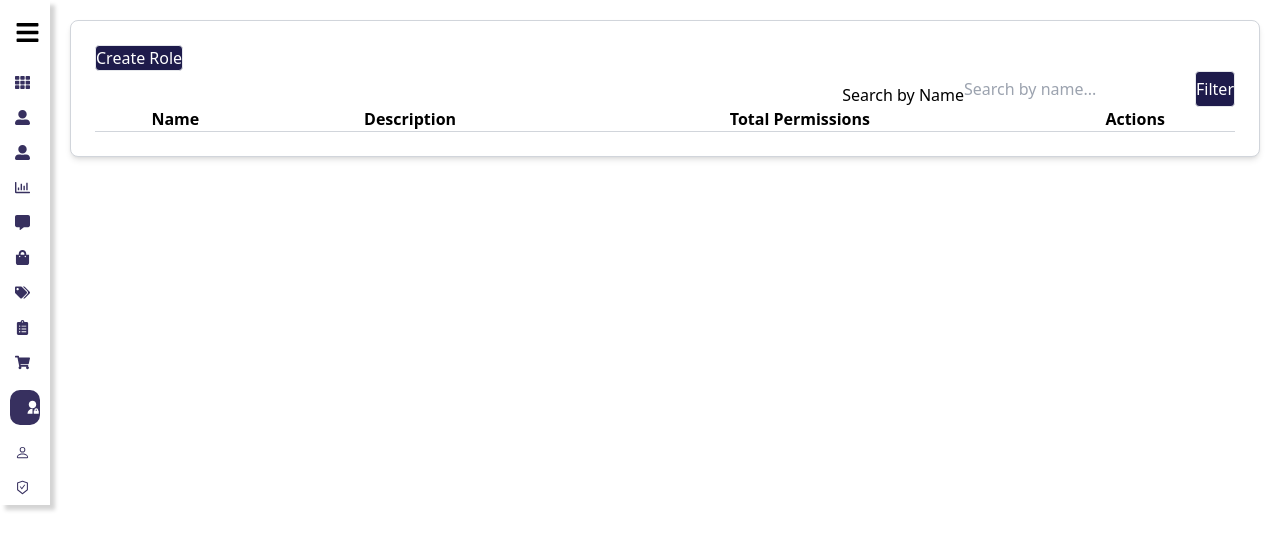
Repository: Andarg01/Admin
Page: /roles
These files come from the project's save history. The page is drawn as it stood at one moment and after the next save; the edit follows.
The browser window is 1280 px wide. The pictures show the whole page.
The page's requests for data from a server got no answer. The project was rebuilt for these pictures with package versions that can differ from the ones it lists, and the page was loaded fresh each time. No one was signed in, and anything a server would have sent is missing. Also part of the build but not shown: src/styles/analytics.css, src/pages/Analytics.tsx, src/pages/Dashboard.tsx, src/styles/productList.css, src/components/OrderModal.tsx, src/components/OrderTable.tsx, src/pages/Orders.tsx, src/components/CategoryModal.tsx and 16 more.

Above is the page before, as saved 2024-02-29 21:31:27.

### src/index.tsx



import * as React from "react"
import * as ReactDOM from "react-dom/client"
import App from "./App"
import './index.css'

import { Provider } from 'react-redux';
import store from './redux/store';
const container = document.getElementById("root")
if (!container) throw new Error('Failed to find the root element');
const root = ReactDOM.createRoot(container)

root.render(

  <React.StrictMode>
    <Provider store={store}>
         <App />
         </Provider>
  </React.StrictMode>,

)

### src/App.tsx

import React, {useState} from 'react';
import { BrowserRouter, Route, Routes } from 'react-router-dom';
import Sidebar from './components/Sidebar';
import Dashboard from './pages/Dashboard';
import Orders from './pages/Orders';
import Category from './pages/CategoryPage';
import Login from './pages/Login'
import Analytics from './pages/Analytics';
import CustemerReview from './pages/CustemerReview';
import ProductList from './pages/ProductList';

import './App.css'
import SignUpForm from './pages/SignUpForm';
import ForgotPassword from './pages/ForgetPassword';
// import ContactPage from './pages/Contact';
// import RolesPage from './pages/Rolles';
// import PermissionPage from './pages/Permisstion';
import PermissionTable from './components/PermissionTable';
import RoleTable from './components/RoleTable';
import UserPage from './pages/UserPage';
import ShopPage from './pages/ShopPage';



type SaleData = {
  date: string;
  amount: number;
};

type RevenueData = {
  month: string;
  revenue: number;
};



const App: React.FC = () => {

  const saleData: SaleData[] = [
    { date: '2022-01-01', amount: 100 },
    { date: '2022-01-02', amount: 150 },
    { date: '2022-01-03', amount: 200 },
    { date: '2022-01-04', amount: 120 },
    { date: '2022-01-05', amount: 180 },
    { date: '2022-01-06', amount: 90 },
    { date: '2022-01-07', amount: 110 },
    { date: '2022-01-08', amount: 130 },
    { date: '2022-01-09', amount: 170 },
    { date: '2022-01-10', amount: 160 },
  ];

  const revenueData: RevenueData[] = [
    { month: 'January', revenue: 500 },
    { month: 'February', revenue: 700 },
    { month: 'March', revenue: 600 },
    { month: 'April', revenue: 800 },
    { month: 'May', revenue: 900 },
    { month: 'June', revenue: 750 },
    { month: 'July', revenue: 850 },
    { month: 'August', revenue: 950 },
    { month: 'September', revenue: 700 },
    { month: 'October', revenue: 850 },
  ];


  return (
    <div >
    <BrowserRouter>
    <Sidebar>
      <Routes>
        <Route path="/" element={<Dashboard saleData={saleData} revenueData={revenueData}  />} />
        <Route path="/dashboard" element={<Dashboard saleData={saleData} revenueData={revenueData}  />} />
       <Route path="/login" element={<Login/>}/>
       <Route path='/forget-password' element={<ForgotPassword/>}/>
        <Route path="/signup" element={<SignUpForm />} />
        <Route path="/review"element={<CustemerReview  />}/>
        <Route path="/analytics" element={<Analytics  />} />
        <Route path="/product" element={<ProductList />}/>
        <Route path="/shop" element={<ShopPage />} />
        <Route path="/orders" element={<Orders/> }/>

        <Route path="/category" element={<Category />} />
        {/* <Route path='/contact' element={<ContactPage/>}/> */}
        {/* <Route path='/roles' element={<RolesPage/>}/> */}
        {/* <Route path='/permission' element={<PermissionPage/>}/> */}
        <Route path='/roles' element={<RoleTable/>}/>
        <Route path='/permission' element={<PermissionTable/>}/>
        <Route path='/user' element={<UserPage/>}/>

      </Routes>
    </Sidebar>
  </BrowserRouter>
  </div>
  );
};

export default App;

### src/redux/store.ts
// redux/store.ts

import { configureStore, combineReducers } from '@reduxjs/toolkit';
import permissionsReducer from './reducers/permissionsReducers';
import rolesReducer from './reducers/rolesReducers';
import shopReducer from './reducers/shopReducer';

const rootReducer = combineReducers({
  permissions: permissionsReducer,
  roles: rolesReducer,
  shope:shopReducer,
});

const store = configureStore({
  reducer: rootReducer,
});

export type RootState = ReturnType<typeof rootReducer>;

export default store;

### src/components/Sidebar.tsx
import React, { useState } from 'react';
import ReactNode from "react";
import {
    FaTh,
    FaBars,
    FaUserAlt,
    FaRegChartBar,
    FaCommentAlt,
    FaShoppingBag,
    FaTags,
    FaClipboardList,
    FaShoppingCart,
} from 'react-icons/fa';
import { RiAdminFill } from 'react-icons/ri';
import { AiOutlineSafetyCertificate } from 'react-icons/ai';
import { BsPerson } from 'react-icons/bs';
import { IoIosContacts } from 'react-icons/io';
import { NavLink, NavLinkProps } from 'react-router-dom';



interface MenuItem {
    path: string;
    name: string;
    icon: JSX.Element;
}

// interface SidebarProps {
//   children: React.ReactNode;
// }
    const Sidebar: React.FC<React.PropsWithChildren<{}>> = ({ children }) => {
    const [isOpen, setIsOpen] = useState(false);

    const toggle = () => setIsOpen(!isOpen);

    const menuItems: MenuItem[] = [
        {
            path: '/',
            name: 'Dashboard',
            icon: <FaTh />,
        },
        {
            path: '/login',
            name: 'Login',
            icon: <FaUserAlt />,
        },
        {
          path: '/signup',
          name: 'Register form',
          icon: <FaUserAlt />,
      },
        {
            path: '/analytics',
            name: 'Analytics',
            icon: <FaRegChartBar />,
        },
        {
            path: '/review',
            name: 'CustemerReview',
            icon: <FaCommentAlt />,
        },
        {
            path: '/product',
            name: 'Product',
            icon: <FaShoppingBag />,
        },
        {
            path: '/category',
            name: 'Category List',
            icon: <FaTags />,
        },
        {
          path: '/orders',
          name: 'Orders',
          icon: <FaClipboardList />,
      },
      {
        path: '/shop',
        name: 'Sample product',
        icon: <FaShoppingCart />,
    },
    // {
    //     path: '/contact',
    //     name: 'Contact page',
    //     icon: <IoIosContacts />,
    // },
    {
        path: '/roles',
        name: 'Roles of user',
        icon: <RiAdminFill />,
    },
    {
        path: '/user',
        name: 'user page',
        icon: <BsPerson />,
    },
    {
        path: '/permission',
        name: 'permission information',
        icon: <AiOutlineSafetyCertificate />,
    },
    ];

    return (
        <div className="container">
            <div style={{ width: isOpen ? '200px' : '50px' }} className="sidebar">
                <div className="top_section">
                    <h1 style={{ display: isOpen ? 'block' : 'none' }} className="logo">
                        Logo
                    </h1>
                    <div style={{ marginLeft: isOpen ? '50px' : '0px' }} className="bars">
                        <FaBars onClick={toggle} />
                    </div>
                </div>
                {menuItems.map((item, index) => (
                    <NavLink to={item.path} key={index} className="link"
                    //  activeClassName="active"
                     >
                        <div className="icon">{item.icon}</div>
                        <div style={{ display: isOpen ? 'block' : 'none' }} className="link_text text-sm">
                            {item.name}
                        </div>
                    </NavLink>
                ))}
            </div>
            <main>{children}</main>
        </div>
    );
};

export default Sidebar;

### src/App.css
* {
    margin: 0;
    padding: 0;
    text-decoration: none;
    /* background: #fff; */
    /* color: #fff; */
    /* background: #0e1630 */
    /* background-color: #0e1630; */
}

.container {
    display: flex;
}

main {
    width: 100%;
    padding: 20px;
}

.sidebar {
    background: #fff;
    /* background: #0e1630; */
    box-shadow: 5px 5px 4px rgb(212, 212, 212);
    color: #000;
    height: auto;
    width: 200px;
    transition: all 0.5s;
}

.top_section {
    display: flex;
    align-items: center;
    padding: 20px 15px;
}

.logo {
    font-size: 30px;
}

.bars {
    display: flex;
    font-size: 25px;
    margin-left: 50px;
}

.link {
    display: flex;
    color: #37305F;
    padding: 10px 15px;
    gap: 15px;
    transition: all 0.5s;
}

.link:hover {
    background: #37305F;
    color: #fff;
    transition: all 0.5s;
    margin: 10px;
    border-radius: 10px;
}

.active {
    background: #37305F;
    color: #fff;
    margin: 10px;
    border-radius: 10px;
}

.icon,
.link_text {
    font-size: 15px;
}

### src/components/RoleTable.tsx
import React, { useState, useEffect } from 'react';
import { useDispatch, useSelector } from 'react-redux';
import { RootState } from '../redux/store';
import {
  fetchRoles,
  createRole,
  updateRole,
  deleteRole,
} from '../redux/actions/rolesActions';
import RoleModal from './RoleModal';

const RoleTable: React.FC = () => {
  const dispatch = useDispatch();
  const roles = useSelector((state: RootState) => state.roles.roles);

  const [showModal, setShowModal] = useState(false);
  const [selectedRole, setSelectedRole] = useState(null);
  const [filter, setFilter] = useState('');
  const [filteredRoles, setFilteredRoles] = useState([]);

  useEffect(() => {
    dispatch(fetchRoles());
  }, [dispatch]);

  useEffect(() => {
    setFilteredRoles(roles.filter(role =>
      role.name.toLowerCase().includes(filter.toLowerCase())
    ));
  }, [roles, filter]);

  const handleCreate = () => {
    setSelectedRole(null);
    setShowModal(true);
  };

  const handleEdit = (role: any) => {
    setSelectedRole(role);
    setShowModal(true);
  };

  const handleDelete = (roleId: string) => {
    if (window.confirm('Are you sure you want to delete this role?')) {
      dispatch(deleteRole(roleId));
    }
  };

  const handleFilter = () => {
    setFilteredRoles(roles.filter(role =>
      role.name.toLowerCase().includes(filter.toLowerCase())
    ));
  };

  return (
    <div className="overflow-x-auto bg-white border border-gray-300 p-6 rounded-lg shadow-md transition duration-500 ease-in-out">
      <button onClick={handleCreate} className='bg-indigo-950 border rounded hover:m-2 text-white'>Create Role</button>
     <div className=" flex justify-end">
     <p className="mt-3"> Search by Name</p>
      <input
        type="text"
        placeholder="Search by name..."
        value={filter}
        onChange={(e) => setFilter(e.target.value)}
      />
      <button onClick={handleFilter} className="bg-indigo-950 border rounded hover:m-2 text-white">Filter</button>
      </div>
      <table className="min-w-full border-b border-gray-300">
        <thead>
          <tr>
            <th>Name</th>
            <th>Description</th>
            <th>Total Permissions</th>
            <th>Actions</th>
          </tr>
        </thead>
        <tbody>
          {filteredRoles.map((role) => (
            <tr key={role.id}>
              <td className="py-2 px-4 border-r">{role.name}</td>
              <td className="py-2 px-4 border-r">{role.description}</td>
              <td className="py-2 px-4 border-r">{role.permissions.length}</td>
              <td className="py-2 px-4">
                <button onClick={() => handleEdit(role)}
                className="edit hover:underline mr-2 hover:text-gray-700"
                >Edit</button>
                <button onClick={() => handleDelete(role.id)}
                className="delete hover:underline hover:text-red-700"
                >Delete</button>
              </td>
            </tr>
          ))}
        </tbody>
      </table>
      {showModal && <RoleModal onClose={() => setShowModal(false)} role={selectedRole} />}
    </div>
  );
};

export default RoleTable;

### src/redux/reducers/permissionsReducers.ts
import { createSlice } from '@reduxjs/toolkit';
import { fetchPermissions, createPermission, updatePermission, deletePermission } from '../actions/permissionsActions'


interface Permission {
  id: string;
  name: string;
  description: string;
}

interface PermissionsState {
  permissions: Permission[];
}

const initialState: PermissionsState = {
  permissions: [],
};

const permissionsSlice = createSlice({
  name: 'permissions',
  initialState,
  reducers: {}, // You can add reducers if needed
  extraReducers: (builder) => {
    builder.addCase(fetchPermissions.fulfilled, (state, action) => {
      state.permissions = action.payload;
    });
    builder.addCase(createPermission.fulfilled, (state, action) => {
      state.permissions.push(action.payload);
    });
    builder.addCase(updatePermission.fulfilled, (state, action) => {
      const updatedPermission = action.payload;
      const index = state.permissions.findIndex((p) => p.id === updatedPermission.id);
      if (index !== -1) {
        state.permissions[index] = updatedPermission;
      }
    });
    builder.addCase(deletePermission.fulfilled, (state, action) => {
      const deletedPermissionId = action.payload;
      state.permissions = state.permissions.filter((p) => p.id !== deletedPermissionId);
    });
  },
});

export default permissionsSlice.reducer;

### src/redux/reducers/rolesReducers.ts
import { createSlice } from '@reduxjs/toolkit';
import { fetchRoles, createRole, updateRole, deleteRole } from "../actions/rolesActions"


export interface Role {
  id: string;
  name: string;
  description: string;
  permissions: string[]; // Assuming permission IDs are stored in an array
  default: boolean;
}

interface RolesState {
  roles: Role[];
}

const initialState: RolesState = {
  roles: [],
};

const rolesSlice = createSlice({
  name: 'roles',
  initialState,
  reducers: {}, // You can add reducers if needed
  extraReducers: (builder) => {
    builder.addCase(fetchRoles.fulfilled, (state, action) => {
      state.roles = action.payload;
    });
    builder.addCase(createRole.fulfilled, (state, action) => {
      state.roles.push(action.payload);
    });
    builder.addCase(updateRole.fulfilled, (state, action) => {
      const updatedRole = action.payload;
      const index = state.roles.findIndex((r) => r.id === updatedRole.id);
      if (index !== -1) {
        state.roles[index] = updatedRole;
      }
    });
    builder.addCase(deleteRole.fulfilled, (state, action) => {
      const deletedRoleId = action.payload;
      state.roles = state.roles.filter((r) => r.id !== deletedRoleId);
    });
  },
});

export default rolesSlice.reducer;

### src/redux/reducers/shopReducer.ts
// src/redux/reducers/shopReducer.ts

import {
    FETCH_SHOPS_REQUEST,
    FETCH_SHOPS_SUCCESS,
    FETCH_SHOPS_FAILURE,
  } from '../actions/shopActions';

  interface Shop {
    id: string;
    name: string;
    description: string;
    shopUrl: string;
    permissionName: string;
    picture: string;
  }

  interface ShopState {
    shops: Shop[];
    loading: boolean;
    error: string;
  }

  const initialState: ShopState = {
    shops: [],
    loading: false,
    error: '',
  };

  const shopReducer = (state = initialState, action: any): ShopState => {
    switch (action.type) {
      case FETCH_SHOPS_REQUEST:
        return {
          ...state,
          loading: true,
        };
      case FETCH_SHOPS_SUCCESS:
        return {
          ...state,
          loading: false,
          shops: action.payload,
          error: '',
        };
      case FETCH_SHOPS_FAILURE:
        return {
          ...state,
          loading: false,
          shops: [],
          error: action.payload,
        };
      default:
        return state;
    }
  };

  export default shopReducer;

### src/redux/actions/permissionsActions.ts
import { createAsyncThunk } from '@reduxjs/toolkit';

// Replace with your actual backend endpoint
const API_ENDPOINT = 'https://sheba-app.onrender.com/api/permissions';

interface Permission {
  id: string;
  name: string;
  description: string;
}

export const fetchPermissions = createAsyncThunk<Permission[]>('permissions/fetchPermissions', async () => {
  const response = await fetch(`${API_ENDPOINT}/all`);
  const data = await response.json();
  return data.permissions;
});

export const createPermission = createAsyncThunk<Permission, { name: string, description: string }>(
  'permissions/createPermission',
  async (payload) => {
    const response = await fetch(`${API_ENDPOINT}/create`, {
      method: 'POST',
      headers: {
        'Content-Type': 'application/json',
      },
      body: JSON.stringify(payload),
    });
    const data = await response.json();
    return data;
  }
);

export const updatePermission = createAsyncThunk<Permission, { id: string, data: { name: string, description: string } }>(
  'permissions/updatePermission',
  async (payload) => {
    const response = await fetch(`${API_ENDPOINT}/${payload.id}/update`, {
      method: 'PUT',
      headers: {
        'Content-Type': 'application/json',
      },
      body: JSON.stringify(payload.data),
    });
    const data = await response.json();
    return data;
  }
);

export const deletePermission = createAsyncThunk('permissions/deletePermission', async (permissionId: string) => {
  const response = await fetch(`${API_ENDPOINT}/${permissionId}/delete`, {
    method: 'DELETE',
  });
  const data = await response.json();
  return data;
});

### src/redux/actions/rolesActions.ts
// roles/actions.ts

import { createAsyncThunk } from '@reduxjs/toolkit';

// Replace with your actual backend endpoint
const API_ENDPOINT = 'https://sheba-app.onrender.com/api/roles';

export const fetchRoles = createAsyncThunk('roles/fetchRoles', async () => {
  const response = await fetch(API_ENDPOINT);
  const data = await response.json();
  return data.roles;
});

export const createRole = createAsyncThunk('roles/createRole', async (payload: any) => {
  const response = await fetch(API_ENDPOINT + '/create', {
    method: 'POST',
    headers: {
      'Content-Type': 'application/json',
    },
    body: JSON.stringify(payload),
  });
  const data = await response.json();
  return data;
});

export const updateRole = createAsyncThunk('roles/updateRole', async (payload: any) => {
  const response = await fetch(`${API_ENDPOINT}/${payload.id}/update`, {
    method: 'PUT',
    headers: {
      'Content-Type': 'application/json',
    },
    body: JSON.stringify(payload.data),
  });
  const data = await response.json();
  return data;
});

export const deleteRole = createAsyncThunk('roles/deleteRole', async (roleId: string) => {
  const response = await fetch(`${API_ENDPOINT}/${roleId}/delete`, {
    method: 'DELETE',
  });
  const data = await response.json();
  return data;
});

### src/redux/actions/shopActions.ts
// src/redux/actions/shopActions.ts

import axios from 'axios';

export const FETCH_SHOPS_REQUEST = 'FETCH_SHOPS_REQUEST';
export const FETCH_SHOPS_SUCCESS = 'FETCH_SHOPS_SUCCESS';
export const FETCH_SHOPS_FAILURE = 'FETCH_SHOPS_FAILURE';

export const fetchShops = () => {
  return async (dispatch: any) => {
    dispatch({ type: FETCH_SHOPS_REQUEST });

    try {
      const response = await axios.get('https://sheba-app.onrender.com/api/shops/user/all');
      dispatch({ type: FETCH_SHOPS_SUCCESS, payload: response.data });
    } catch (error) {
      dispatch({ type: FETCH_SHOPS_FAILURE, payload: error.message });
    }
  };
};

Loaded but not shown: public/index.html (common file); src/index.css (common file); tailwind.config.js (common file)

After the next save:
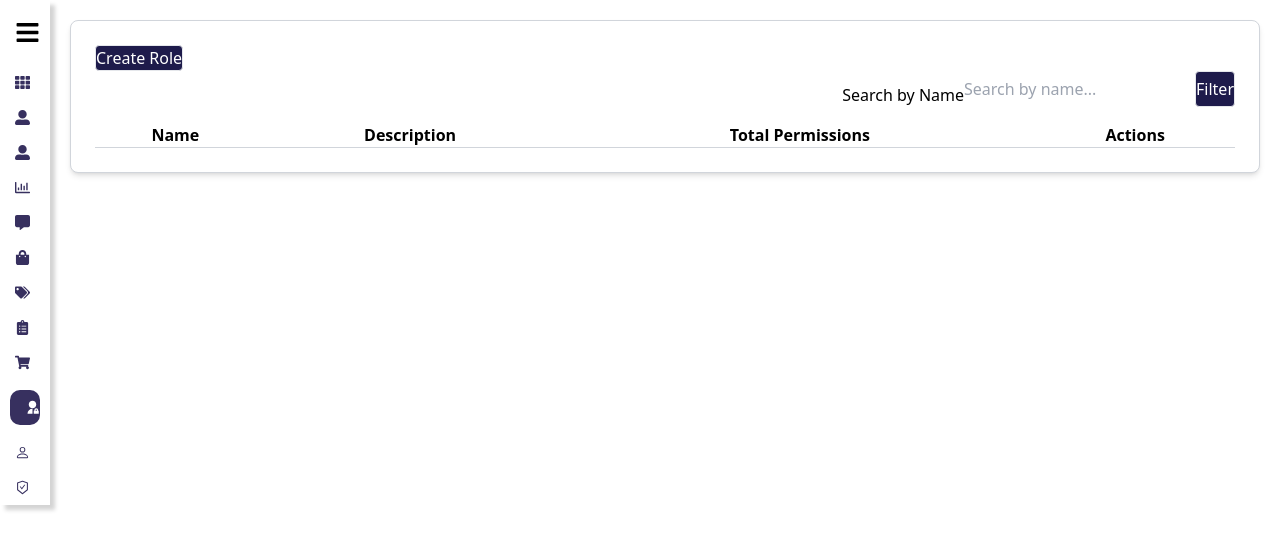
Saved 29 s later.
--- a/src/components/RoleTable.tsx
+++ b/src/components/RoleTable.tsx
@@ -53,7 +53,7 @@ const RoleTable: React.FC = () => {
   return (
     <div className="overflow-x-auto bg-white border border-gray-300 p-6 rounded-lg shadow-md transition duration-500 ease-in-out">
       <button onClick={handleCreate} className='bg-indigo-950 border rounded hover:m-2 text-white'>Create Role</button>
-     <div className=" flex justify-end">
+     <div className="  mb-4 flex justify-end">
      <p className="mt-3"> Search by Name</p>
       <input
         type="text"
